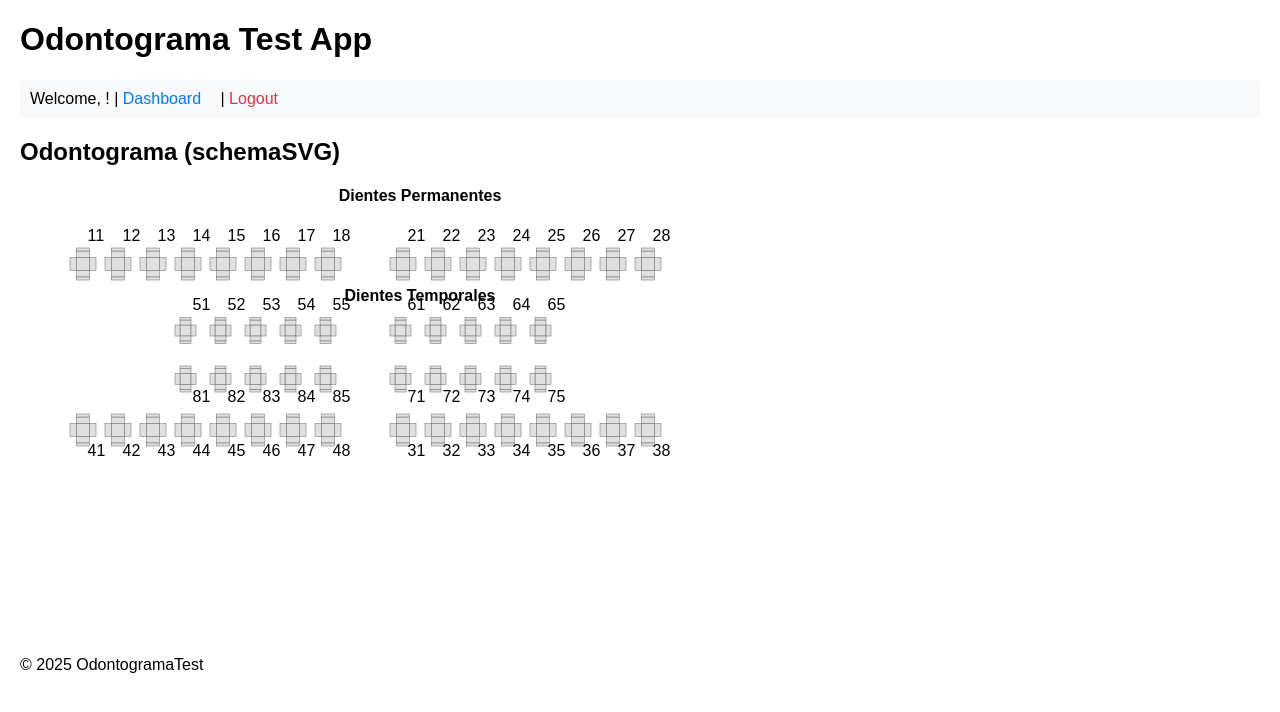
Repository: werfelyesid/OdontogramaTest
Page: http://localhost/dashboard/
The author's editor kept a copy of each file at every save. The page is drawn from the files as they stood at one save, then again after the next save.
The browser window is 1280 px wide. The pictures show the whole page.
The page is served by the project's application, run on Django 4.2 (manage.py). A made-up administrator, testuser (Test User, test@example.com), is signed in.

Above is the page before, as saved 2025-04-20 15:26:36.

After the next save:
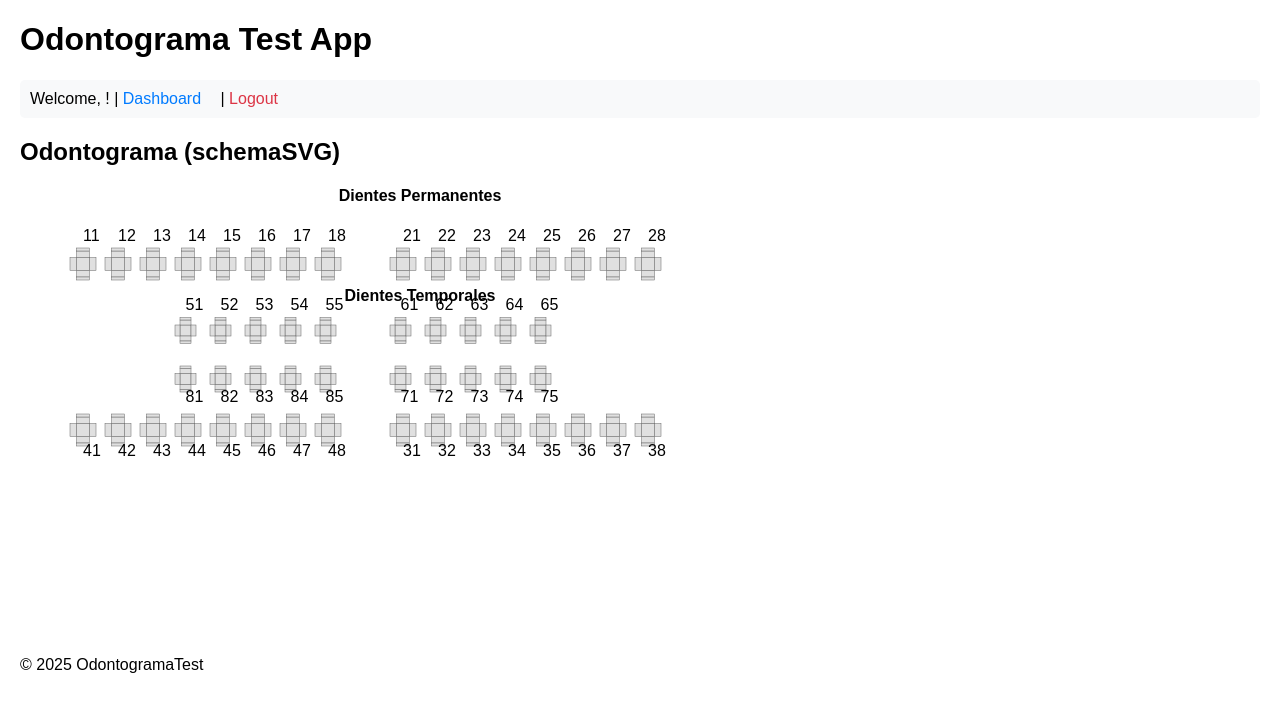
Saved 6 min 46 s later.
--- a/core/templates/core/dashboard.html
+++ b/core/templates/core/dashboard.html
@@ -91,12 +91,21 @@
             // Position above for upper rows (1, 2), below for lower rows (3, 4)
             const isUpperRow = (yOffset === permUpperY || yOffset === decidUpperY);
             const currentToothHeight = (shapeId === '#tooth-shape') ? toothHeightPerm : toothHeightDecid;
-            const numberY = isUpperRow ? (yOffset - numberSpacing + 5) : (yOffset + currentToothHeight + numberSpacing - 5); // Adjusted Y for number
-
-            numberText.setAttribute('x', currentX + toothWidth / 2); // Center horizontally over tooth position
+            const numberY = isUpperRow ? (yOffset - numberSpacing + 5) : (yOffset + currentToothHeight + numberSpacing - 5);
+
+            // Calculate X position to center over the occlusal surface within the shape definition
+            let numberXCenterOffset;
+            if (shapeId === '#tooth-shape') {
+                numberXCenterOffset = 13; // Center of occlusal rect (x=6.5, width=13) -> 6.5 + 13/2
+            } else { // #deciduous-tooth-shape
+                numberXCenterOffset = 10.5; // Center of occlusal rect (x=5, width=11) -> 5 + 11/2
+            }
+            const numberX = currentX + numberXCenterOffset; // Use offset relative to the tooth's group position
+
+            numberText.setAttribute('x', numberX); // Use calculated X
             numberText.setAttribute('y', numberY);
 
-            quadrantElement.appendChild(numberText); // Append number to the quadrant group
+            quadrantElement.appendChild(numberText);
         }
 
         // --- Generate Permanent Teeth ---
